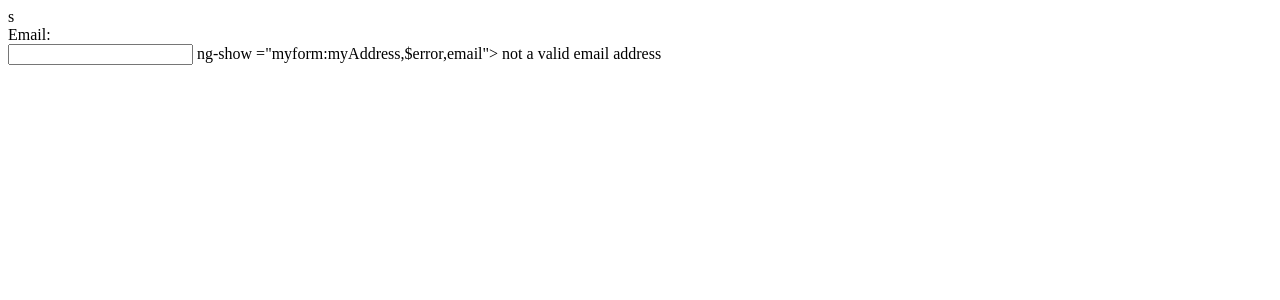
Repository: jack-1195/dtproject
Page: angular/AngularJS/WebContent/Forms/FormValidateEmailid.html
These files come from the project's save history. The page is drawn as it stood at one moment and after the next save; the edit follows.
The browser window is 1280 px wide. The pictures show the whole page.
Some web libraries are served in a nearby version.

Above is the page before, as saved 2016-07-04 05:53:42.

After the next save:
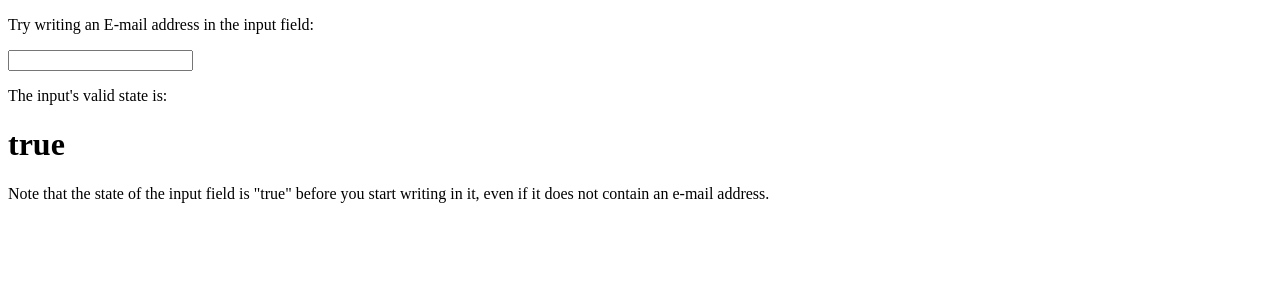
Saved 119 s later.
--- a/angular/AngularJS/WebContent/Forms/FormValidateEmailid.html
+++ b/angular/AngularJS/WebContent/Forms/FormValidateEmailid.html
@@ -1,19 +1,17 @@
 <!DOCTYPE html>
 <html>
-<head>
-<Script src="http://ajax.googleapis.com/ajax/libs/angularjs/1.4.8/angular.min.js"></Script>s
-<meta charset="ISO-8859-1">
-<title>Insert title here</title>
-</head>
-<body>
+<script src="http://ajax.googleapis.com/ajax/libs/angularjs/1.4.8/angular.min.js"></script>
+<body ng-app="">
 
-<form ng app="" name="myform">
+<p>Try writing an E-mail address in the input field:</p>
 
-Email:<br>
-<input type="email" name="myaddress" ng-mode"text">
-<span> ng-show ="myform:myAddress,$error,email"> not a valid email address</span>
+<form name="myForm">
+<input type="email" name="myInput" ng-model="myInput">
 </form>
 
+<p>The input's valid state is:</p>
+<h1>{{myForm.myInput.$valid}}</h1>
+<p>Note that the state of the input field is "true" before you start writing in it, even if it does not contain an e-mail address.</p>
 
 </body>
 </html>
